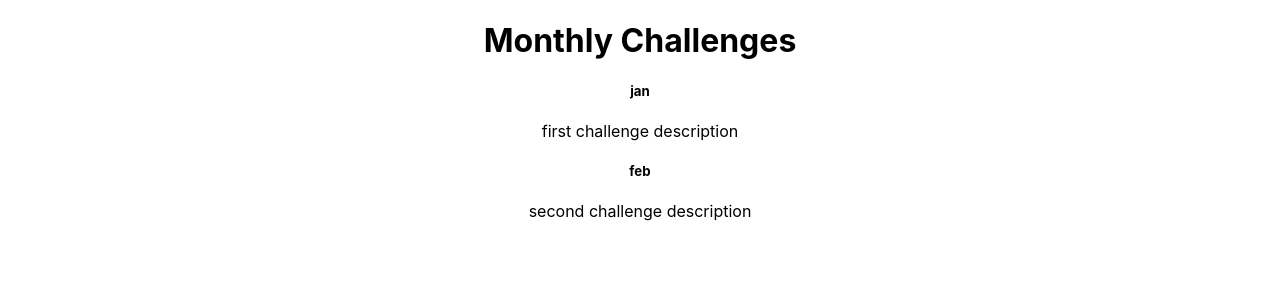
Repository: Vikaskoli/MonthlyMilestones_Front-end
Page: /
These files come from the project's save history. The page is drawn as it stood at one moment and after the next save; the edit follows.
The browser window is 1280 px wide. The pictures show the whole page.
The page's requests for data from a server got no answer. The project was rebuilt for these pictures with package versions that can differ from the ones it lists, and the page was loaded fresh each time. No one was signed in, and anything a server would have sent is missing.

Above is the page before, as saved 2024-12-02 14:02:51.

### src/App.js
import { useEffect, useState } from 'react';
import './App.css';
import ChallengeList from './component/ChallengeList'
import axios from 'axios';

function App() {

  const[challenges, setChallenges] = useState([

    {id:1,month:'jan', description:'first challenge description'},
    {id:2,month:'feb', description:'second challenge description'}

  ]);

useEffect(() => {

      const fetchChallenges = async () => {
          const response = await axios.get('http://localhost:8080/challenges');
      };
      fetchChallenges();

},[])

  return (
    <div className="App">
      <h1>Monthly Challenges</h1>
      <ChallengeList challenges={challenges}/>
    </div>

  );
}

export default App;

### src/component/ChallengeList.js

import Milestone from "./Milestone";

function ChallengeList({challenges}){
  return(
    <div>
    {challenges.map(challenge => (
      <Milestone key = {challenge.id}
      challenge = {challenge}/>
    ))}

    </div>
  );
}

export default ChallengeList;

### src/component/Milestone.js
function Milestone({challenge}) {

  return(
    <div>
      <h5>{challenge.month}</h5>
      <p>{challenge.description}</p>
    </div>
  );

}

export default Milestone;

Loaded but not shown: public/index.html (common file); src/index.js (common file); src/index.css (common file); src/reportWebVitals.js (common file); src/App.css (common file)

After the next save:
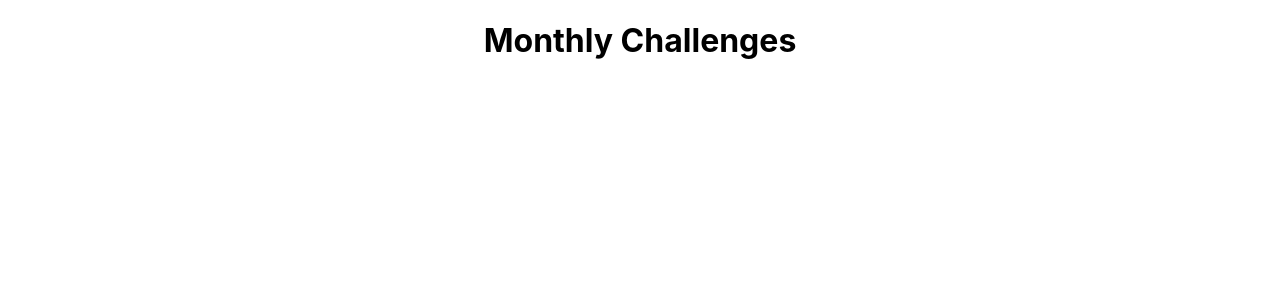
Saved 4 min 19 s later.
--- a/src/App.js
+++ b/src/App.js
@@ -6,9 +6,6 @@ import axios from 'axios';
 function App() {
 
   const[challenges, setChallenges] = useState([
-
-    {id:1,month:'jan', description:'first challenge description'},
-    {id:2,month:'feb', description:'second challenge description'}
 
   ]);
 
